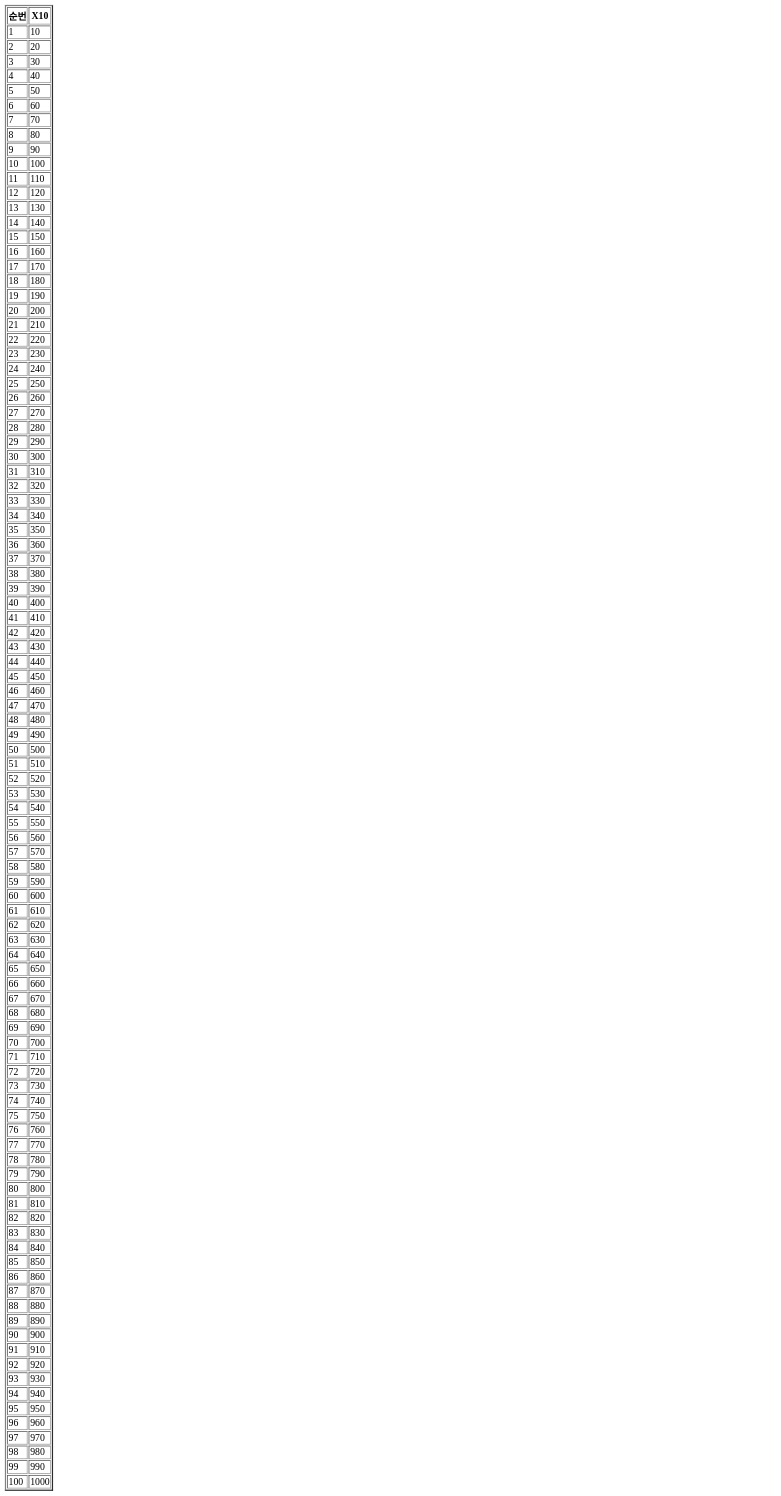
Repository: hus0124/M-IT
Page: http://localhost/Test2/table.jsp
These files come from the project's save history. The page is drawn as it stood at one moment and after the next save; the edit follows.
The browser window is 1280 px wide. The pictures show the whole page, at 61% of full size.
The page is served by Tomcat 9.

Above is the page before, as saved 2019-12-31 07:27:27.

After the next save:
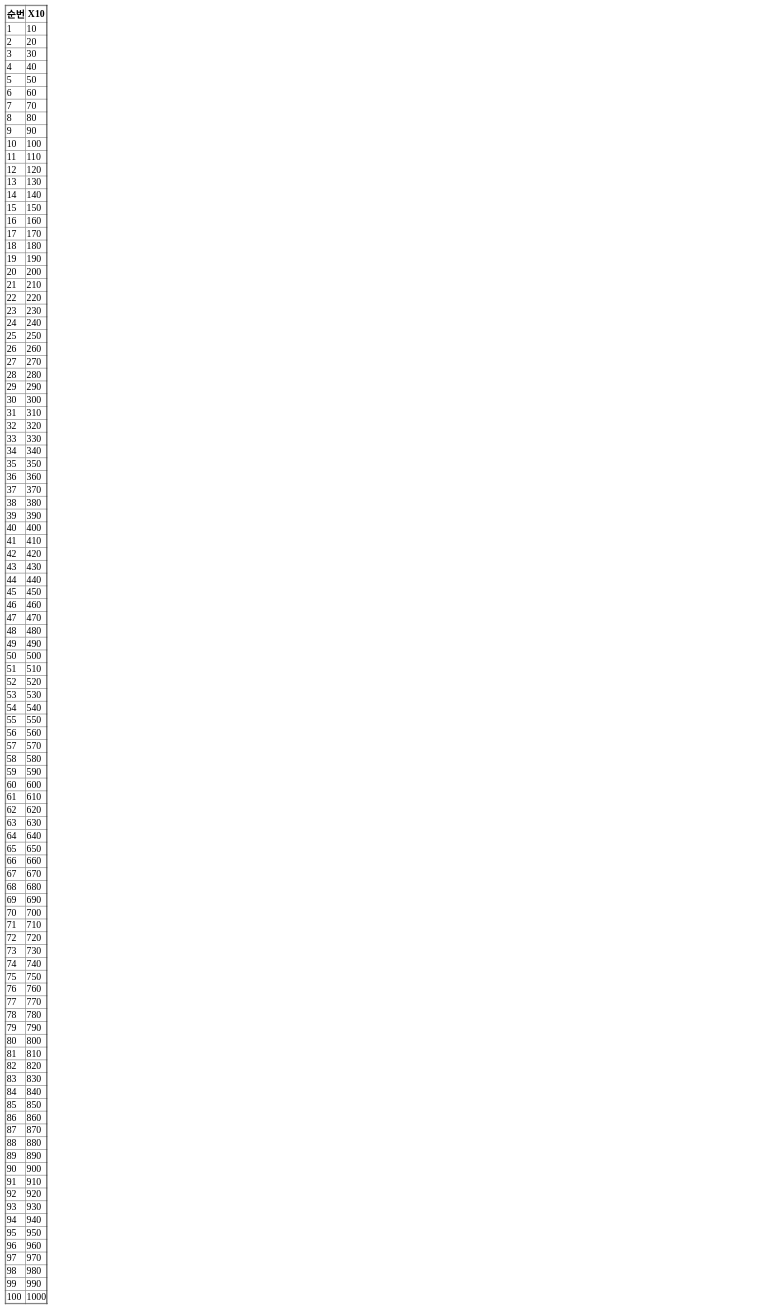
Saved 4 min 32 s later.
--- a/JSP_Workspaces/Test2/WebContent/table.jsp
+++ b/JSP_Workspaces/Test2/WebContent/table.jsp
@@ -7,7 +7,7 @@
 <title>Insert title here</title>
 </head>
 <body>
-<table border="2">
+<table border="2"; style="border-collapse:collapse";>
 <th>순번</th><th>X10</th>
 <%
 for(int i = 1; i < 101; i++){ %>
